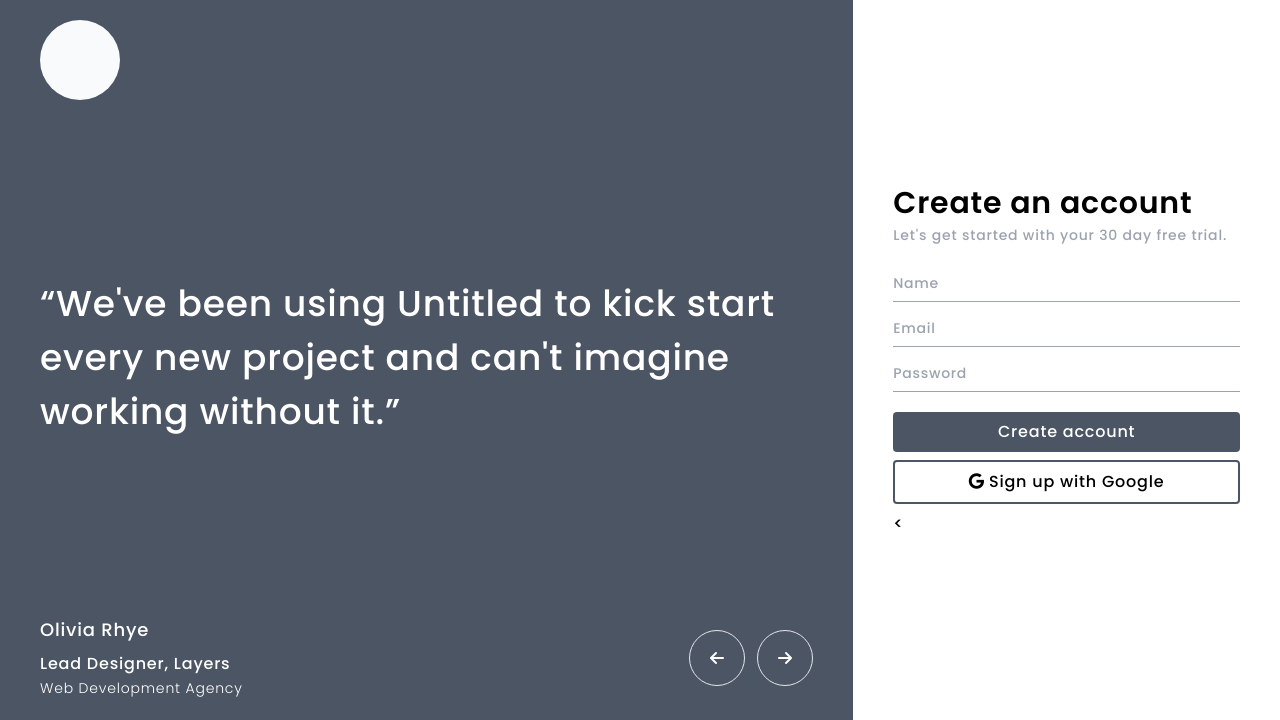
Repository: debthebuilder/youtube-html-contact-form-tailwindcss
Page: contact.html
The author's editor kept a copy of each file at every save. The page is drawn from the files as they stood at one save, then again after a run of saves.
The browser window is 1280 px wide. The pictures show the whole page.
Some web libraries are served in a nearby version.

Above is the page before, as saved 2022-08-03 06:08:41.

### contact.html
<!DOCTYPE html>
<html lang="en">
<head>
    <meta charset="UTF-8">
    <meta http-equiv="X-UA-Compatible" content="IE=edge">
    <meta name="viewport" content="width=device-width, initial-scale=1.0">
    <link rel="stylesheet" href="https://cdnjs.cloudflare.com/ajax/libs/font-awesome/6.1.2/css/all.min.css" integrity="sha512-1sCRPdkRXhBV2PBLUdRb4tMg1w2YPf37qatUFeS7zlBy7jJI8Lf4VHwWfZZfpXtYSLy85pkm9GaYVYMfw5BC1A==" crossorigin="anonymous" referrerpolicy="no-referrer" />
    <link rel="preconnect" href="https://fonts.googleapis.com">
    <link rel="preconnect" href="https://fonts.gstatic.com" crossorigin>
    <link href="https://fonts.googleapis.com/css2?family=Poppins:wght@300;500;600&display=swap" rel="stylesheet">
    <script src="https://cdn.tailwindcss.com"></script>
    <title>HTML Contact Form</title>
    <style>
        body{
            font-family: 'Poppins', sans-serif;
        }
    </style>
</head>
<body>
    <div class="w-full h-screen flex tracking-wider">
        <!--Background Image with Overlay text-->
        <div class="w-4/6 bg-gray-600 text-white flex flex-col justify-between py-5 px-10">
            <a href="#" class="block">
                <div class="w-20 h-20 bg-gray-50 rounded-full"></div>
            </a>
            <q class="text-4xl leading-normal ">We've been using Untitled to kick start every new project and can't imagine working without it.</q>
            <div class="flex flex-row items-center justify-between">
                <div>
                    <h3 class="mb-2 text-lg">Olivia Rhye</h3>
                    <div class="font-normal">Lead Designer, Layers</div>
                    <span class="font-light text-sm">Web Development Agency</span>
                </div>
                <div class="flex">
                    <span class="w-14 h-14 flex items-center justify-center border rounded-full">
                        <i class="fa-solid fa-arrow-left"></i>
                    </span>
                    <span class="w-14 h-14 flex items-center justify-center border rounded-full ml-3">
                        <i class="fa-solid fa-arrow-right"></i>
                    </span>

                </div>
            </div>
        </div>
        <!--Form-->
        <div class="w-2/6 px-10 flex flex-col justify-center">
            <h2 class="text-3xl font-semibold">Create an account</h2>
            <span class="text-sm text-gray-400 mt-1">Let's get started with your 30 day free trial.</span>
            <form class="mt-5">
                <input type="text" name="name" placeholder="Name" class="w-full border-b border-gray-400 placeholder:text-gray-400 pb-2  text-sm tracking-wider focus:outline-none focus:border-0 focus:border-b-2 my-2">
                <input type="email" name="email" placeholder="Email" class="w-full border-b border-gray-400 placeholder:text-gray-400 pb-2  text-sm tracking-wider focus:outline-none focus:border-0 focus:border-b-2 my-2">
                <input type="password" name="password" placeholder="Password" class="w-full border-b border-gray-400 placeholder:text-gray-400 pb-2  text-sm tracking-wider focus:outline-none focus:border-0 focus:border-b-2 my-2">
                <div class="mt-3">
                    <button class="block bg-gray-600 w-full py-2 rounded my-2 text-white">Create account</button>
                    <button class="block border-2 border-gray-600  w-full py-2 my-2 rounded"><span class="mr-1"><i class="fa-brands fa-google"></i></span>Sign up with Google</button>
                </div>
                <
            </form>



        </div>
    </div>
</body>
</html>

After the next 4 saves:
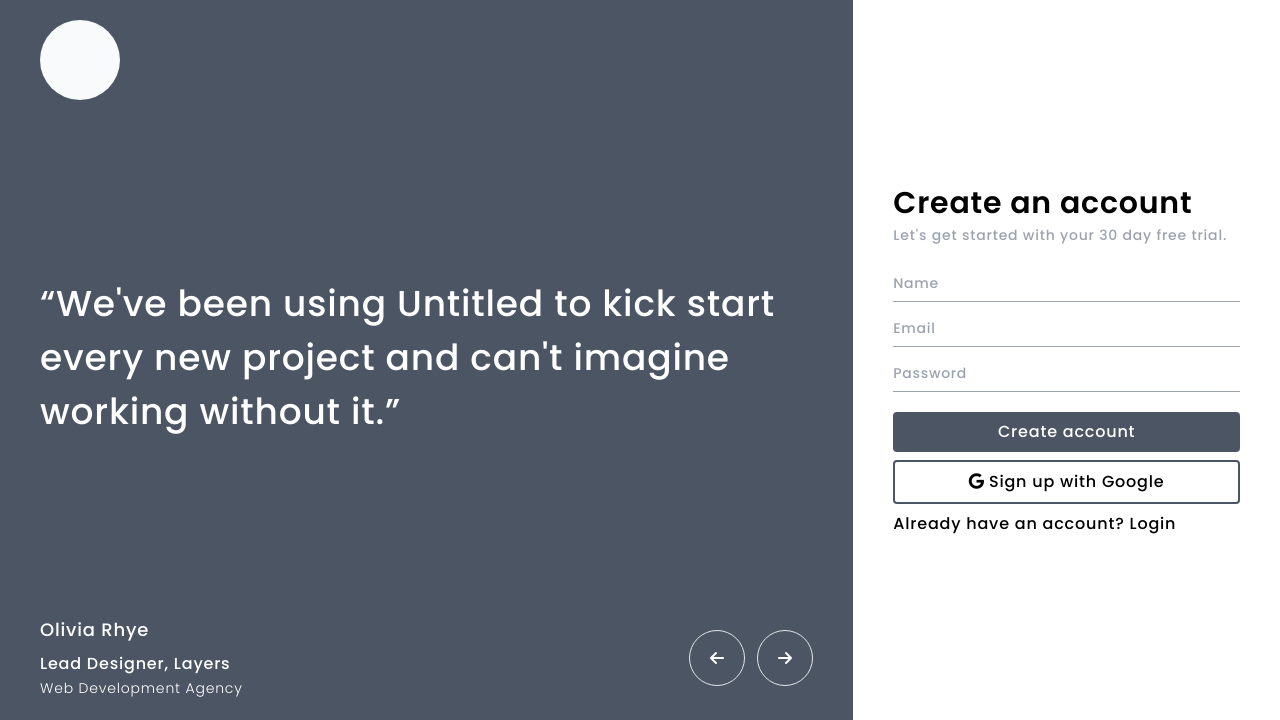
The 4 saves are shown as one change because they came seconds apart.
The last was saved 19 s later.
--- a/contact.html
+++ b/contact.html
@@ -53,7 +53,7 @@
                     <button class="block bg-gray-600 w-full py-2 rounded my-2 text-white">Create account</button>
                     <button class="block border-2 border-gray-600  w-full py-2 my-2 rounded"><span class="mr-1"><i class="fa-brands fa-google"></i></span>Sign up with Google</button>
                 </div>
-                <
+                <p>Already have an account? <a href="#">Login</a></p>
             </form>
 
 
